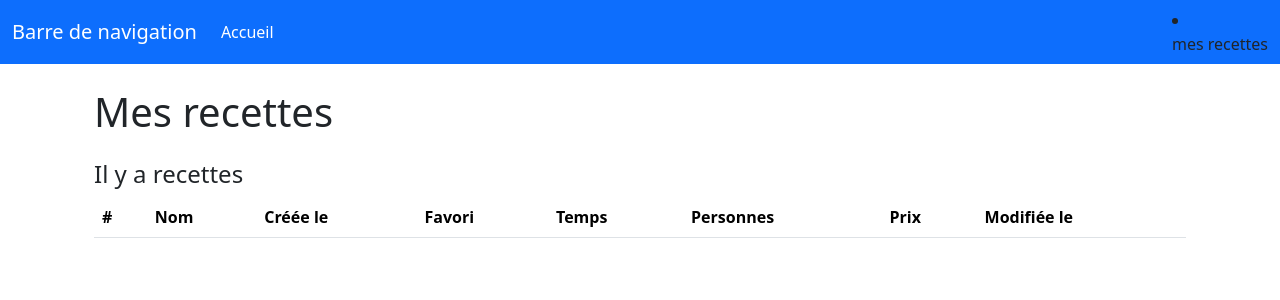
Repository: IslamBoubaker/marmit
Page: templates/pages/recipe/index.html.twig
These files come from the project's save history. The page is drawn as it stood at one moment and after the next save; the edit follows.
The browser window is 1280 px wide. The pictures show the whole page.
The page is a Twig template of a Symfony application; nobody is signed in and links lead nowhere. The template is opened directly, without the code that normally fills it, so the values that code supplies are empty.

Above is the page before, as saved 2025-06-24 16:02:51.

After the next save:
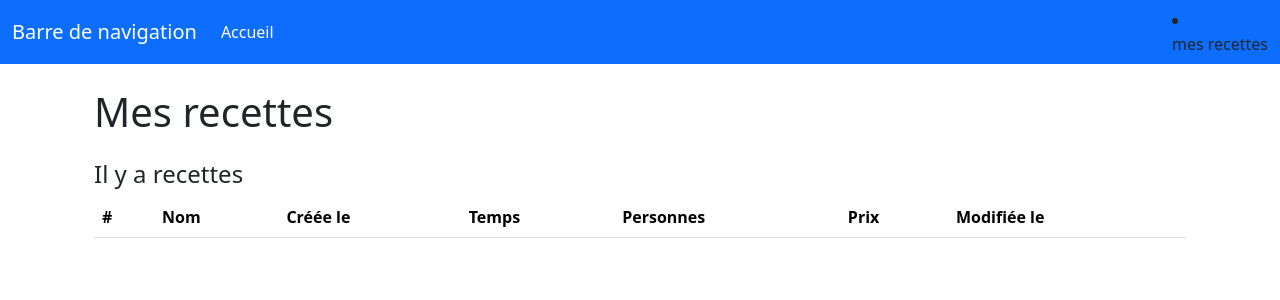
Saved 7 s later.
--- a/templates/pages/recipe/index.html.twig
+++ b/templates/pages/recipe/index.html.twig
@@ -17,7 +17,7 @@
 						<th scope="col">Nom</th>
 						{# <th scope="col">Description</th> #}
 						<th scope="col">Créée le</th>
-						<th scope="col">Favori</th>
+						{# <th scope="col">Favori</th> #}
 						<th scope="col">Temps</th>
 						<th scope="col">Personnes</th>
 						{# <th scope="col">Difficulté</th> #}
